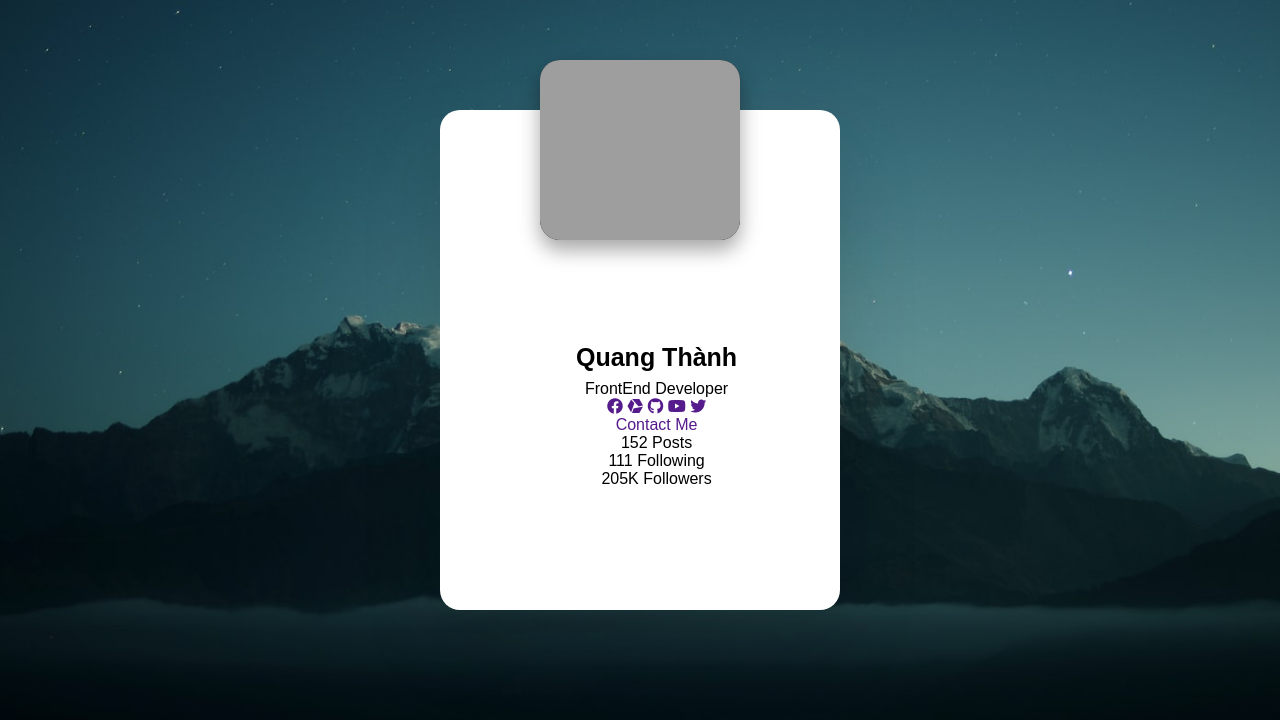
Repository: QuangThanh152/Profile-me
Page: index.html
The author's editor kept a copy of each file at every save. The page is drawn from the files as they stood at one save, then again after the next save.
The browser window is 1280 px wide. The pictures show the whole page.
Pictures or frames that could not be fetched are drawn as grey boxes.

Above is the page before, as saved 2022-10-07 15:18:25.

After the next save:
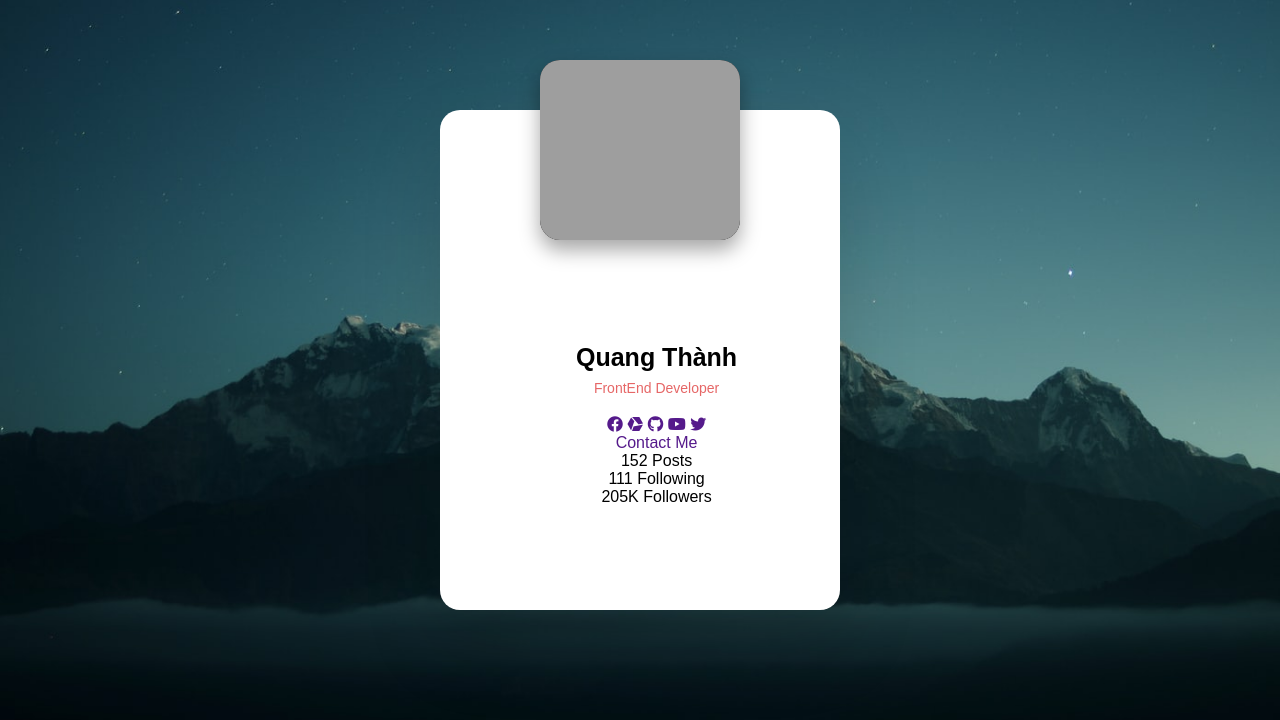
Saved 18 s later.
--- a/accets/main.css
+++ b/accets/main.css
@@ -67,7 +67,7 @@ body {
     font-weight: 600;
     padding: 8px;
 }
-.decs {
+.desc {
     font-size: 14px;
     /* opacity: .5; */
     padding: 0 0 20px 0;
